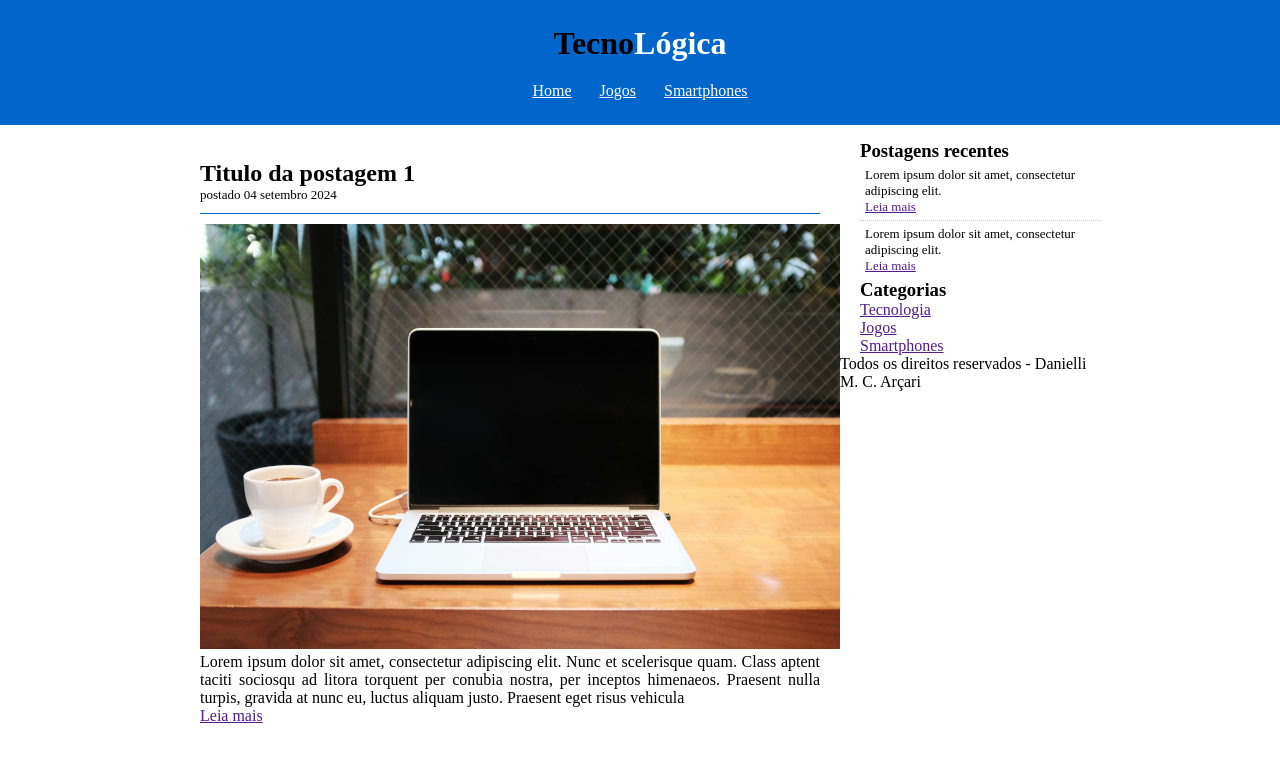
Repository: danielli-arcari/blog-html-css
Page: index.html
The author's editor kept a copy of each file at every save. The page is drawn from the files as they stood at one save, then again after the next save.
The browser window is 1280 px wide. The pictures show the whole page.

Above is the page before, as saved 2026-03-10 16:41:52.

After the next save:
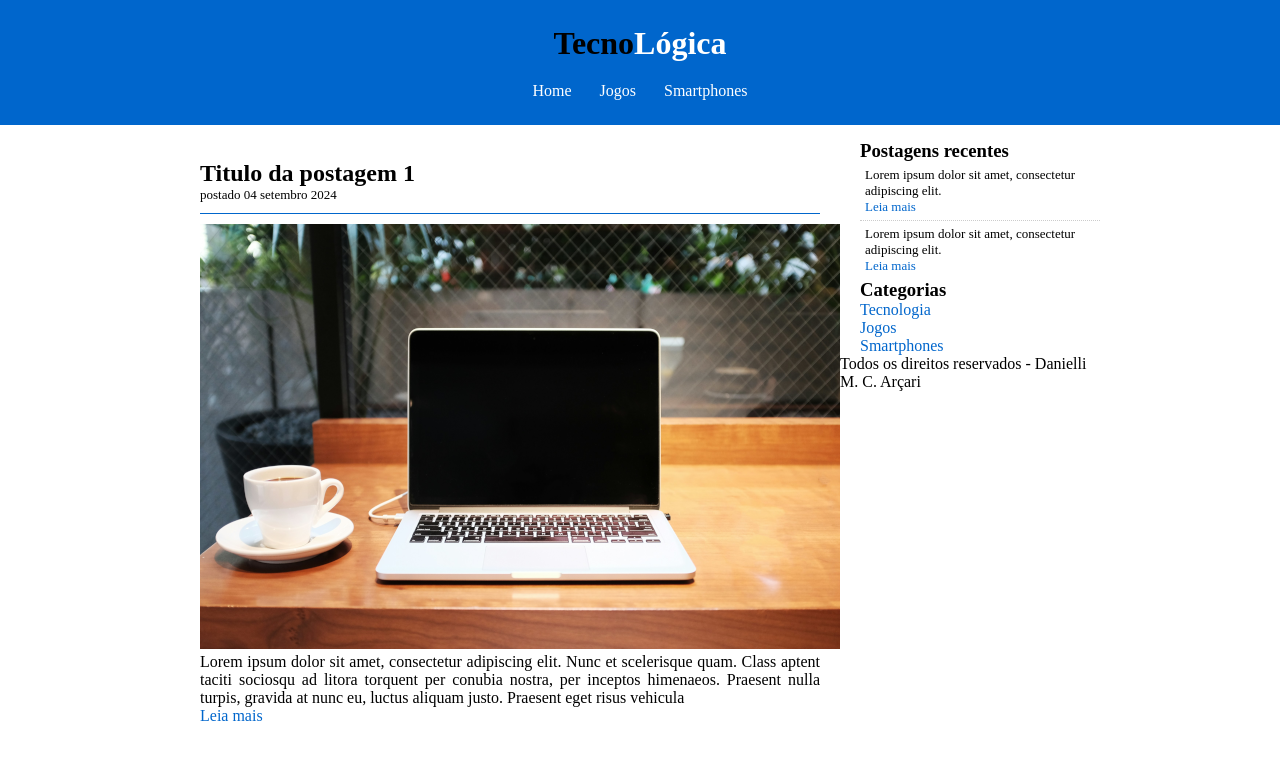
Saved 3 min 42 s later.
--- a/css/style.css
+++ b/css/style.css
@@ -83,3 +83,18 @@
     padding: 5px;
     border-bottom: 1px dotted #CCCCCC;
 }
+
+/*
+***Formatação links***
+*/
+a{
+    text-decoration: none;
+}
+
+a:link, a:visited{
+    color: #0066CC;
+}
+
+a:hover{
+    text-decoration: underline;
+}
